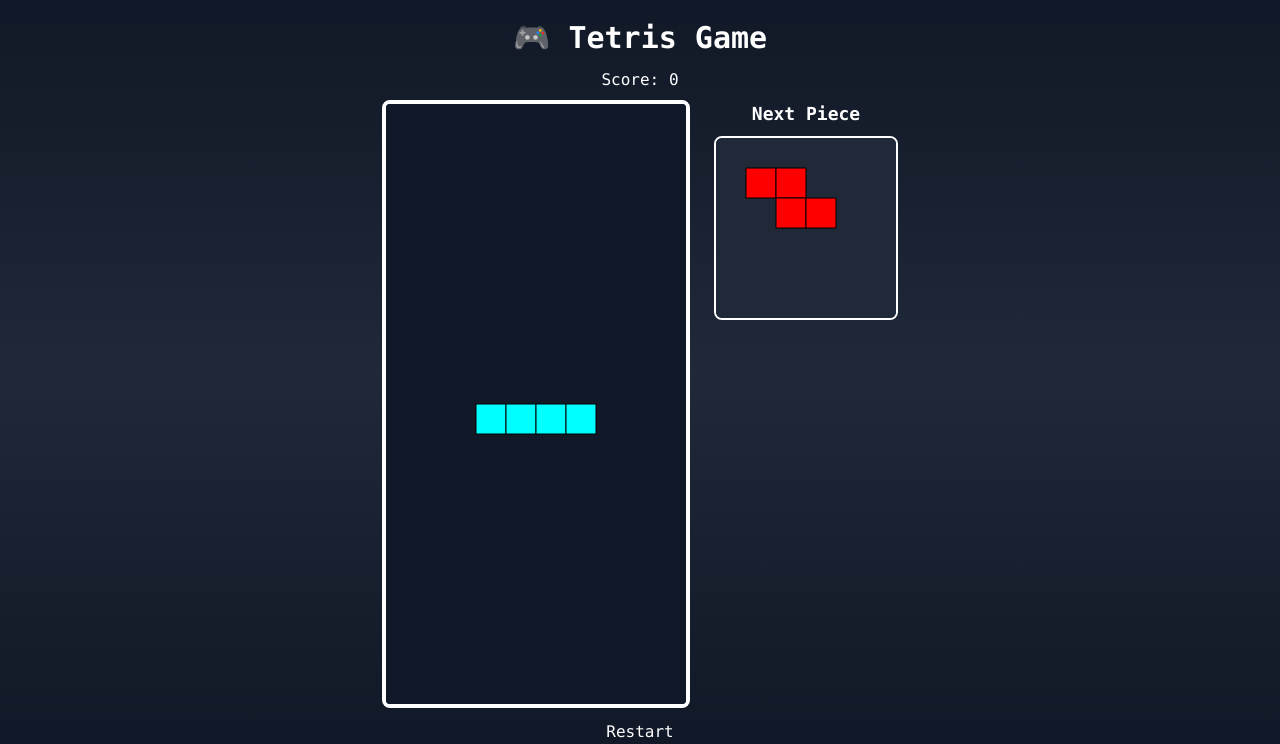
Repository: DevisWisley/tetris-react
Page: /
An editor plug-in stored every save of this project. The page is shown before and after the next save, followed by the edit.
The browser window is 1280 px wide. The pictures show the whole page.
Some web libraries are served in a nearby version. The project was rebuilt for these pictures with package versions that can differ from the ones it lists, and the page was loaded fresh each time. Some packages were replaced by stand-ins written for this rebuild. Also part of the build but not shown: vite.config.ts.

Above is the page before, as saved 2025-08-13 16:15:28.

### index.html
<!DOCTYPE html>
<html lang="en">
<head>
  <meta charset="UTF-8" />
  <meta name="viewport" content="width=device-width, initial-scale=1.0" />
  <title>Tetris Game</title>
  <script src="https://cdn.tailwindcss.com"></script>
</head>
<body class="bg-gradient-to-b from-gray-900 via-gray-800 to-gray-900 text-white font-mono">
  <div id="root"></div>
  <script type="module" src="/src/main.tsx"></script>
</body>
</html>

### src/App.tsx
import React from "react";
import Tetris from "./Tetris";

const App: React.FC = () => {
  return (
    <div className="container mx-auto text-center">
      <Tetris />
    </div>
  );
};

export default App;

### src/Tetris.tsx
import React, { useRef, useEffect, useState } from "react";
import Swal from "sweetalert2";

const ROWS = 20;
const COLS = 10;
const BLOCK_SIZE = 30;

const COLORS = ["cyan", "blue", "orange", "yellow", "green", "purple", "red"];
const SHAPES = [
  [[1, 1, 1, 1]], // I
  [[2, 0, 0], [2, 2, 2]], // J
  [[0, 0, 3], [3, 3, 3]], // L
  [[4, 4], [4, 4]], // O
  [[0, 5, 5], [5, 5, 0]], // S
  [[0, 6, 0], [6, 6, 6]], // T
  [[7, 7, 0], [0, 7, 7]]  // Z
];

function randomPiece() {
  const index = Math.floor(Math.random() * SHAPES.length);
  return {
    shape: SHAPES[index],
    color: COLORS[index]
  };
}

export default function Tetris() {
  const canvasRef = useRef<HTMLCanvasElement>(null);
  const nextRef = useRef<HTMLCanvasElement>(null);

  const [board, setBoard] = useState<number[][]>(
    Array.from({ length: ROWS }, () => Array(COLS).fill(0))
  );
  const [piece, setPiece] = useState(randomPiece());
  const [nextPiece, setNextPiece] = useState(randomPiece());
  const [pos, setPos] = useState<[number, number]>([0, 3]);
  const [score, setScore] = useState(0);
  const [gameOver, setGameOver] = useState(false);

  // Draw board & piece
  useEffect(() => {
    const context = canvasRef.current?.getContext("2d");
    if (!context) return;

    // background
    context.fillStyle = "#111827";
    context.fillRect(0, 0, COLS * BLOCK_SIZE, ROWS * BLOCK_SIZE);

    // draw board
    board.forEach((row, y) => {
      row.forEach((value, x) => {
        if (value) {
          context.fillStyle = COLORS[value - 1];
          context.fillRect(x * BLOCK_SIZE, y * BLOCK_SIZE, BLOCK_SIZE, BLOCK_SIZE);
          context.strokeStyle = "black";
          context.strokeRect(x * BLOCK_SIZE, y * BLOCK_SIZE, BLOCK_SIZE, BLOCK_SIZE);
        }
      });
    });

    // draw current piece
    piece.shape.forEach((row, y) => {
      row.forEach((value, x) => {
        if (value) {
          context.fillStyle = piece.color;
          context.fillRect((pos[1] + x) * BLOCK_SIZE, (pos[0] + y) * BLOCK_SIZE, BLOCK_SIZE, BLOCK_SIZE);
          context.strokeStyle = "black";
          context.strokeRect((pos[1] + x) * BLOCK_SIZE, (pos[0] + y) * BLOCK_SIZE, BLOCK_SIZE, BLOCK_SIZE);
        }
      });
    });
  }, [board, piece, pos]);

  // Draw next piece
  useEffect(() => {
    const ctx = nextRef.current?.getContext("2d");
    if (!ctx) return;

    ctx.fillStyle = "#1f2937"; // gray-800
    ctx.fillRect(0, 0, 6 * BLOCK_SIZE, 6 * BLOCK_SIZE);

    nextPiece.shape.forEach((row, y) => {
      row.forEach((value, x) => {
        if (value) {
          ctx.fillStyle = nextPiece.color;
          ctx.fillRect((x + 1) * BLOCK_SIZE, (y + 1) * BLOCK_SIZE, BLOCK_SIZE, BLOCK_SIZE);
          ctx.strokeStyle = "black";
          ctx.strokeRect((x + 1) * BLOCK_SIZE, (y + 1) * BLOCK_SIZE, BLOCK_SIZE, BLOCK_SIZE);
        }
      });
    });
  }, [nextPiece]);

  // Game over dialog
  useEffect(() => {
    if (gameOver) {
      Swal.fire({
        icon: "info",
        title: "Game Over",
        text: `Score: ${score}`,
        confirmButtonText: "Play Again"
      }).then(() => resetGame());
    }
  }, [gameOver]);

  // Keyboard & auto-drop
  useEffect(() => {
    const handleKey = (e: KeyboardEvent) => {
      if (gameOver) return;
      if (e.key === "ArrowLeft") move(-1);
      else if (e.key === "ArrowRight") move(1);
      else if (e.key === "ArrowDown") drop();
      else if (e.key === "ArrowUp") rotate();
    };
    window.addEventListener("keydown", handleKey);
    const interval = setInterval(drop, 500);
    return () => {
      window.removeEventListener("keydown", handleKey);
      clearInterval(interval);
    };
  });

  const collide = (brd: number[][], p: any, pos: [number, number]) => {
    for (let y = 0; y < p.shape.length; y++) {
      for (let x = 0; x < p.shape[y].length; x++) {
        if (
          p.shape[y][x] &&
          (brd[y + pos[0]] && brd[y + pos[0]][x + pos[1]]) !== 0
        ) {
          return true;
        }
      }
    }
    return false;
  };

  const merge = (brd: number[][], p: any, pos: [number, number]) => {
    p.shape.forEach((row: number[], y: number) => {
      row.forEach((value, x) => {
        if (value) {
          brd[y + pos[0]][x + pos[1]] = COLORS.indexOf(p.color) + 1;
        }
      });
    });
  };

  const resetGame = () => {
    setBoard(Array.from({ length: ROWS }, () => Array(COLS).fill(0)));
    setPiece(randomPiece());
    setNextPiece(randomPiece());
    setPos([0, 3]);
    setScore(0);
    setGameOver(false);
  };

  const drop = () => {
    const newPos: [number, number] = [pos[0] + 1, pos[1]];
    if (!collide(board, piece, newPos)) {
      setPos(newPos);
    } else {
      const newBoard = board.map(row => [...row]);
      merge(newBoard, piece, pos);

      // clear lines
      let lines = 0;
      for (let y = ROWS - 1; y >= 0; y--) {
        if (newBoard[y].every(val => val !== 0)) {
          newBoard.splice(y, 1);
          newBoard.unshift(Array(COLS).fill(0));
          lines++;
          y++;
        }
      }
      if (lines > 0) setScore(s => s + lines * 100);

      // pakai nextPiece
      const startPos: [number, number] = [0, 3];
      if (collide(newBoard, nextPiece, startPos)) {
        setGameOver(true);
        return;
      }
      setBoard(newBoard);
      setPiece(nextPiece);
      setNextPiece(randomPiece());
      setPos(startPos);
    }
  };

  const move = (dir: number) => {
    const newPos: [number, number] = [pos[0], pos[1] + dir];
    if (!collide(board, piece, newPos)) {
      setPos(newPos);
    }
  };

  const rotate = () => {
    const rotated = piece.shape[0].map((_, i) =>
      piece.shape.map(row => row[i]).reverse()
    );
    const newPiece = { ...piece, shape: rotated };
    if (!collide(board, newPiece, pos)) {
      setPiece(newPiece);
    }
  };

  return (
    <div className="flex flex-col items-center mt-5">
      <h1 className="text-3xl font-bold mb-3">🎮 Tetris Game</h1>
      <p className="mb-2">Score: <span className="fw-bold">{score}</span></p>

      <div className="flex gap-6">
        {/* Main Game */}
        <canvas
          ref={canvasRef}
          width={COLS * BLOCK_SIZE}
          height={ROWS * BLOCK_SIZE}
          className="border-4 border-white rounded-lg"
        ></canvas>

        {/* Next Piece */}
        <div className="flex flex-col items-center">
          <h2 className="text-lg font-bold mb-2">Next Piece</h2>
          <canvas
            ref={nextRef}
            width={6 * BLOCK_SIZE}
            height={6 * BLOCK_SIZE}
            className="border-2 border-white rounded-lg"
          ></canvas>
        </div>
      </div>

      <button onClick={resetGame} className="btn btn-primary mt-3">Restart</button>
    </div>
  );
}

Loaded but not shown: src/main.tsx (common file)

After the next save:
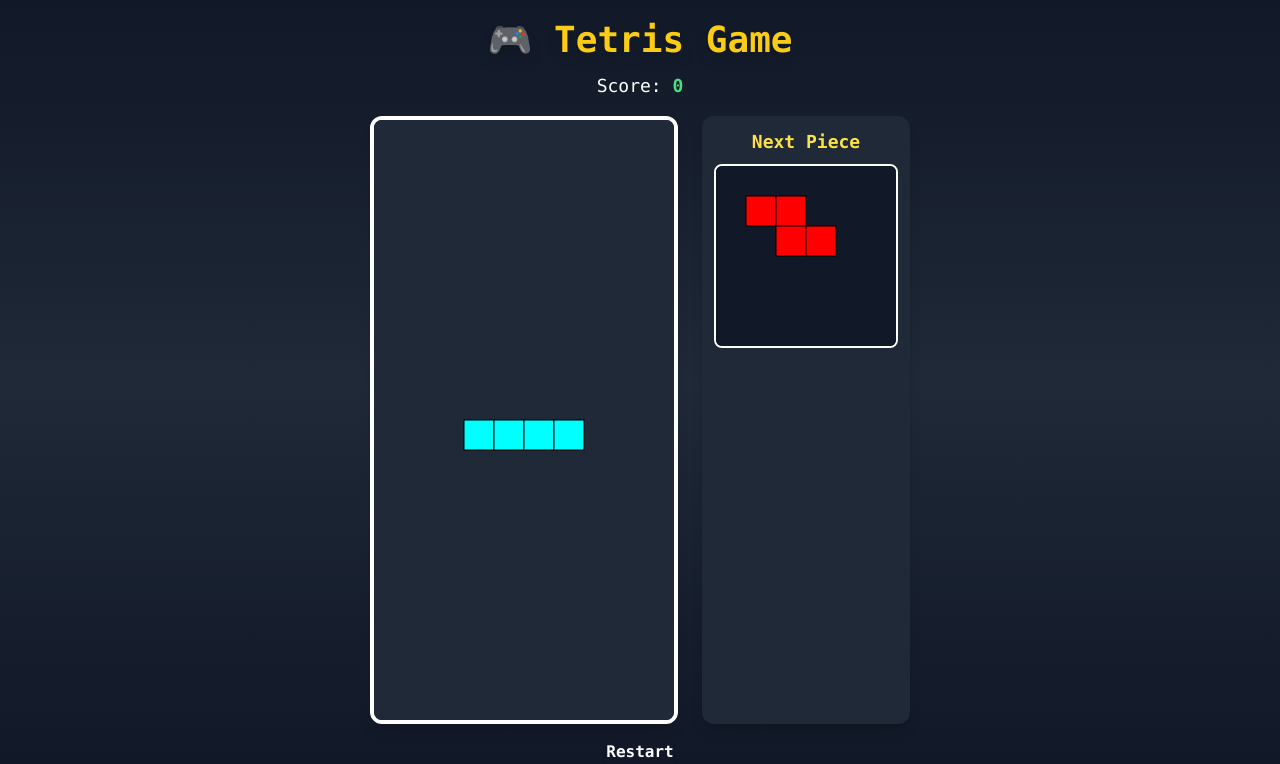
Saved 46 s later.
--- a/src/Tetris.tsx
+++ b/src/Tetris.tsx
@@ -37,49 +37,46 @@ export default function Tetris() {
   const [score, setScore] = useState(0);
   const [gameOver, setGameOver] = useState(false);
 
-  // Draw board & piece
-  useEffect(() => {
-    const context = canvasRef.current?.getContext("2d");
-    if (!context) return;
-
-    // background
-    context.fillStyle = "#111827";
-    context.fillRect(0, 0, COLS * BLOCK_SIZE, ROWS * BLOCK_SIZE);
-
-    // draw board
-    board.forEach((row, y) => {
+  // Draw main board & current piece
+  useEffect(() => {
+    const ctx = canvasRef.current?.getContext("2d");
+    if (!ctx) return;
+
+    ctx.fillStyle = "#1f2937"; // Tailwind gray-800
+    ctx.fillRect(0, 0, COLS * BLOCK_SIZE, ROWS * BLOCK_SIZE);
+
+    board.forEach((row, y) =>
       row.forEach((value, x) => {
         if (value) {
-          context.fillStyle = COLORS[value - 1];
-          context.fillRect(x * BLOCK_SIZE, y * BLOCK_SIZE, BLOCK_SIZE, BLOCK_SIZE);
-          context.strokeStyle = "black";
-          context.strokeRect(x * BLOCK_SIZE, y * BLOCK_SIZE, BLOCK_SIZE, BLOCK_SIZE);
-        }
-      });
-    });
-
-    // draw current piece
-    piece.shape.forEach((row, y) => {
+          ctx.fillStyle = COLORS[value - 1];
+          ctx.fillRect(x * BLOCK_SIZE, y * BLOCK_SIZE, BLOCK_SIZE, BLOCK_SIZE);
+          ctx.strokeStyle = "black";
+          ctx.strokeRect(x * BLOCK_SIZE, y * BLOCK_SIZE, BLOCK_SIZE, BLOCK_SIZE);
+        }
+      })
+    );
+
+    piece.shape.forEach((row, y) =>
       row.forEach((value, x) => {
         if (value) {
-          context.fillStyle = piece.color;
-          context.fillRect((pos[1] + x) * BLOCK_SIZE, (pos[0] + y) * BLOCK_SIZE, BLOCK_SIZE, BLOCK_SIZE);
-          context.strokeStyle = "black";
-          context.strokeRect((pos[1] + x) * BLOCK_SIZE, (pos[0] + y) * BLOCK_SIZE, BLOCK_SIZE, BLOCK_SIZE);
-        }
-      });
-    });
+          ctx.fillStyle = piece.color;
+          ctx.fillRect((pos[1] + x) * BLOCK_SIZE, (pos[0] + y) * BLOCK_SIZE, BLOCK_SIZE, BLOCK_SIZE);
+          ctx.strokeStyle = "black";
+          ctx.strokeRect((pos[1] + x) * BLOCK_SIZE, (pos[0] + y) * BLOCK_SIZE, BLOCK_SIZE, BLOCK_SIZE);
+        }
+      })
+    );
   }, [board, piece, pos]);
 
-  // Draw next piece
+  // Draw next piece preview
   useEffect(() => {
     const ctx = nextRef.current?.getContext("2d");
     if (!ctx) return;
 
-    ctx.fillStyle = "#1f2937"; // gray-800
+    ctx.fillStyle = "#111827";
     ctx.fillRect(0, 0, 6 * BLOCK_SIZE, 6 * BLOCK_SIZE);
 
-    nextPiece.shape.forEach((row, y) => {
+    nextPiece.shape.forEach((row, y) =>
       row.forEach((value, x) => {
         if (value) {
           ctx.fillStyle = nextPiece.color;
@@ -87,18 +84,20 @@ export default function Tetris() {
           ctx.strokeStyle = "black";
           ctx.strokeRect((x + 1) * BLOCK_SIZE, (y + 1) * BLOCK_SIZE, BLOCK_SIZE, BLOCK_SIZE);
         }
-      });
-    });
+      })
+    );
   }, [nextPiece]);
 
-  // Game over dialog
+  // Game over
   useEffect(() => {
     if (gameOver) {
       Swal.fire({
         icon: "info",
         title: "Game Over",
         text: `Score: ${score}`,
-        confirmButtonText: "Play Again"
+        confirmButtonText: "Play Again",
+        background: "#111827",
+        color: "#fff"
       }).then(() => resetGame());
     }
   }, [gameOver]);
@@ -123,25 +122,18 @@ export default function Tetris() {
   const collide = (brd: number[][], p: any, pos: [number, number]) => {
     for (let y = 0; y < p.shape.length; y++) {
       for (let x = 0; x < p.shape[y].length; x++) {
-        if (
-          p.shape[y][x] &&
-          (brd[y + pos[0]] && brd[y + pos[0]][x + pos[1]]) !== 0
-        ) {
-          return true;
-        }
+        if (p.shape[y][x] && (brd[y + pos[0]] && brd[y + pos[0]][x + pos[1]]) !== 0) return true;
       }
     }
     return false;
   };
 
   const merge = (brd: number[][], p: any, pos: [number, number]) => {
-    p.shape.forEach((row: number[], y: number) => {
-      row.forEach((value, x) => {
-        if (value) {
-          brd[y + pos[0]][x + pos[1]] = COLORS.indexOf(p.color) + 1;
-        }
-      });
-    });
+    p.shape.forEach((row: number[], y: number) =>
+      row.forEach((value, x) => {
+        if (value) brd[y + pos[0]][x + pos[1]] = COLORS.indexOf(p.color) + 1;
+      })
+    );
   };
 
   const resetGame = () => {
@@ -173,7 +165,7 @@ export default function Tetris() {
       }
       if (lines > 0) setScore(s => s + lines * 100);
 
-      // pakai nextPiece
+      // new piece
       const startPos: [number, number] = [0, 3];
       if (collide(newBoard, nextPiece, startPos)) {
         setGameOver(true);
@@ -188,38 +180,32 @@ export default function Tetris() {
 
   const move = (dir: number) => {
     const newPos: [number, number] = [pos[0], pos[1] + dir];
-    if (!collide(board, piece, newPos)) {
-      setPos(newPos);
-    }
+    if (!collide(board, piece, newPos)) setPos(newPos);
   };
 
   const rotate = () => {
-    const rotated = piece.shape[0].map((_, i) =>
-      piece.shape.map(row => row[i]).reverse()
-    );
+    const rotated = piece.shape[0].map((_, i) => piece.shape.map(row => row[i]).reverse());
     const newPiece = { ...piece, shape: rotated };
-    if (!collide(board, newPiece, pos)) {
-      setPiece(newPiece);
-    }
+    if (!collide(board, newPiece, pos)) setPiece(newPiece);
   };
 
   return (
     <div className="flex flex-col items-center mt-5">
-      <h1 className="text-3xl font-bold mb-3">🎮 Tetris Game</h1>
-      <p className="mb-2">Score: <span className="fw-bold">{score}</span></p>
+      <h1 className="text-4xl font-extrabold mb-3 text-yellow-400 drop-shadow-lg">🎮 Tetris Game</h1>
+      <p className="mb-4 text-lg">Score: <span className="font-bold text-green-400">{score}</span></p>
 
       <div className="flex gap-6">
-        {/* Main Game */}
+        {/* Main board */}
         <canvas
           ref={canvasRef}
           width={COLS * BLOCK_SIZE}
           height={ROWS * BLOCK_SIZE}
-          className="border-4 border-white rounded-lg"
+          className="border-4 border-white rounded-xl shadow-lg"
         ></canvas>
 
         {/* Next Piece */}
-        <div className="flex flex-col items-center">
-          <h2 className="text-lg font-bold mb-2">Next Piece</h2>
+        <div className="flex flex-col items-center bg-gray-800 p-3 rounded-xl shadow-lg">
+          <h2 className="text-lg font-bold mb-2 text-yellow-300">Next Piece</h2>
           <canvas
             ref={nextRef}
             width={6 * BLOCK_SIZE}
@@ -229,7 +215,12 @@ export default function Tetris() {
         </div>
       </div>
 
-      <button onClick={resetGame} className="btn btn-primary mt-3">Restart</button>
+      <button
+        onClick={resetGame}
+        className="btn btn-gradient-to-r from-yellow-400 via-red-500 to-pink-500 mt-4 font-bold shadow-md hover:scale-105 transition-transform"
+      >
+        Restart
+      </button>
     </div>
   );
 }
